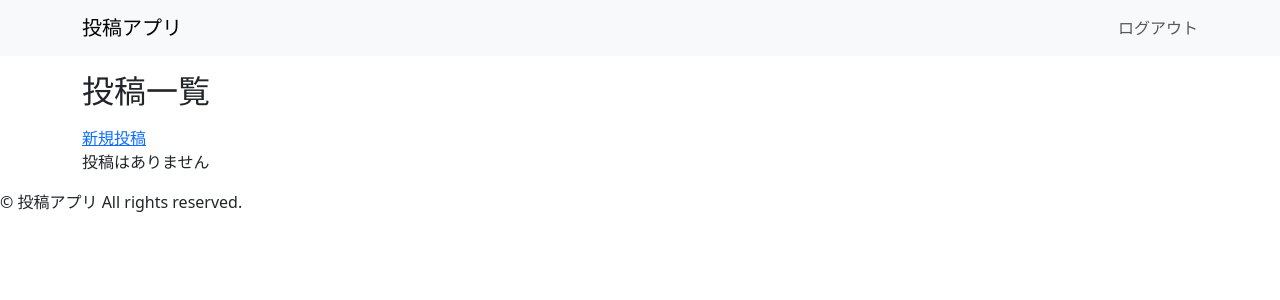
Repository: Yu62ballena/laravel_posting_app
Page: http://localhost/posts
An editor plug-in stored every save of this project. The page is shown before and after a run of saves, followed by the edit.
The browser window is 1280 px wide. The pictures show the whole page.
The page is served by the project's Laravel application, run on PHP 8.4 with Laravel 10. A made-up administrator, Test User (test@example.com), is signed in. Other server files are loaded and not shown. Queries for data that is not in the repository find no rows.

Above is the page before, as saved 2024-05-21 13:53:13.

### routes/web.php
<?php

use App\Http\Controllers\ProfileController;
use Illuminate\Support\Facades\Route;
use App\Http\Controllers\PostController;

/*
|--------------------------------------------------------------------------
| Web Routes
|--------------------------------------------------------------------------
|
| Here is where you can register web routes for your application. These
| routes are loaded by the RouteServiceProvider and all of them will
| be assigned to the "web" middleware group. Make something great!
|
*/
Route::get('/', [PostController::class, 'index'])->middleware(['auth', 'verified'])->name('posts.index');

// Route::get('/dashboard', function () {
//     return view('dashboard');
// })->middleware(['auth', 'verified'])->name('dashboard');

// Route::middleware('auth')->group(function () {
//     Route::get('/profile', [ProfileController::class, 'edit'])->name('profile.edit');
//     Route::patch('/profile', [ProfileController::class, 'update'])->name('profile.update');
//     Route::delete('/profile', [ProfileController::class, 'destroy'])->name('profile.destroy');
// });

require __DIR__.'/auth.php';

// Route::get('/posts', [PostController::class, 'index'])->middleware(['auth', 'verified'])->name('posts.index');
// Route::get('/posts/create', [PostController::class, 'create'])->middleware(['auth', 'verified'])->name('posts.create');
// Route::post('/posts', [PostController::class, 'store'])->middleware(['auth', 'verified'])->name('posts.store');
// Route::get('/posts/{post}', [PostController::class, 'show'])->middleware(['auth', 'verified'])->name('posts.show');
// Route::get('/posts/{post}/edit', [PostController::class, 'edit'])->middleware(['auth', 'verified'])->name('posts.edit');
// Route::patch('/posts/{post}', [PostController::class, 'update'])->middleware(['auth', 'verified'])->name('posts.update');
// Route::delete('/posts/{post}', [PostController::class, 'destroy'])->middleware(['auth', 'verified'])->name('posts.destroy');

Route::resource('posts', PostController::class)->middleware(['auth', 'verified']);

### app/Models/User.php
<?php

namespace App\Models;

// use Illuminate\Contracts\Auth\MustVerifyEmail;
use Illuminate\Database\Eloquent\Factories\HasFactory;
use Illuminate\Foundation\Auth\User as Authenticatable;
use Illuminate\Notifications\Notifiable;
use Laravel\Sanctum\HasApiTokens;
use Illuminate\Contracts\Auth\MustVerifyEmail;

class User extends Authenticatable implements MustVerifyEmail
{
    use HasApiTokens, HasFactory, Notifiable;

    /**
     * The attributes that are mass assignable.
     *
     * @var array<int, string>
     */
    protected $fillable = [
        'name',
        'email',
        'password',
    ];

    /**
     * The attributes that should be hidden for serialization.
     *
     * @var array<int, string>
     */
    protected $hidden = [
        'password',
        'remember_token',
    ];

    /**
     * The attributes that should be cast.
     *
     * @var array<string, string>
     */
    protected $casts = [
        'email_verified_at' => 'datetime',
        'password' => 'hashed',
    ];

    public function posts() {
        return $this->hasMany(Post::class);
    }
}

### app/Http/Controllers/PostController.php
<?php

namespace App\Http\Controllers;

use Illuminate\Http\Request;
use App\Models\Post;
use Illuminate\Support\Facades\Auth;
use App\Http\Requests\PostRequest;

class PostController extends Controller
{
    public function index() {
        $posts = Auth::user()->posts()->orderBy('created_at', 'desc')->get();

        return view('posts.index', compact('posts'));
    }

    public function show(Post $post) {
        return view('posts.show', compact('post'));
    }

    public function create() {
        return view('posts.create');
    }

    public function store(PostRequest $request) {
        $post = new Post();
        $post->title = $request->input('title');
        $post->content = $request->input('content');
        $post->user_id = Auth::id();
        $post->save();

        return redirect()->route('posts.index')->with('flash_message', '投稿が完了しました。');
    }

    public function edit(Post $post) {
        if($post->user_id !== Auth::id()) {
            return redirect()->route('posts.index')->with('error_message', '不正なアクセスです。');
        }

        return view('posts.edit', compact('post'));
    }

    public function update(PostRequest $request, Post $post) {
        if($post->user_id !== Auth::id()) {
            return redirect()->route('posts.index')->with('error_message', '不正なアクセスです。');
        }

        $post->title = $request->input('title');
        $post->content = $request->input('content');
        $post->save();

        return redirect()->route('posts.show', $post)->with('flash_message', '投稿を編集しました。');
    }

    public function destroy(Post $post) {
        if($post->user_id !== Auth::id()) {
            return redirect()->route('posts.index')->with('error_message', '不正なアクセスです。');
        }

        $post->delete();

        return redirect()->route('posts.index')->with('flash_message', '投稿を削除しました。');
    }
}

### app/Models/Post.php
<?php

namespace App\Models;

use Illuminate\Database\Eloquent\Factories\HasFactory;
use Illuminate\Database\Eloquent\Model;

class Post extends Model
{
    use HasFactory;

    public function user() {
        return $this->belongsTo(User::class);
    }
}

### resources/views/posts/index.blade.php
<!DOCTYPE html>
<html lang="ja">
<head>
    <meta charset="UTF-8">
    <meta name="viewport" content="width=device-width, initial-scale=1.0">
    <meta http-equiv="X-UA-Compatible" content="ie=edge">
    <title>投稿一覧</title>

      {{-- Bootstrap --}}
      <link href="https://cdn.jsdelivr.net/npm/bootstrap@5.3.0/dist/css/bootstrap.min.css" rel="stylesheet" integrity="sha384-9ndCyUaIbzAi2FUVXJi0CjmCapSmO7SnpJef0486qhLnuZ2cdeRhO02iuK6FUUVM" crossorigin="anonymous">
</head>
<body>
    <header>
        <nav class="navbar navbar-light bg-light">
<div class="container">
                <a href="{{ route('posts.index') }}" class="navbar-brand">投稿アプリ</a>

                <ul class="navbar-nav">
                    <li class="nav-item">
                        <a href="{{ route('logout') }}" class="nav-link" onclick="event.preventDefault(); document.getElementById('logout-form').submit();">ログアウト</a>
                        <form id="logout-form" action="{{ route('logout') }}" method="POST">
                            @csrf
                        </form>
                    </li>
                </ul>
</div>
        </nav>
    </header>

        <main>
            <div class="container">
                <h1 class="fs-2 my-3">投稿一覧</h1>

                @if(session('flash_message'))
                    <p class="text-success">{{ session('flash_message') }}</p>
                @endif

                @if(session('error_message'))
                    <p class="text-danger">{{ session('error_message') }}</p>
                @endif

                <di><a href="{{ route('posts.create') }}">新規投稿</a></di>

                @if($posts->isNotEmpty())
                    @foreach ($posts as $post)
                        <article>
                            <h2>{{ $post->title }}</h2>
                            <p>{{ $post->content }}</p>
                            <a href="{{ route('posts.show', $post) }}">詳細</a>
                            <a href="{{ route('posts.edit', $post) }}">編集</a>
                            <form action="{{ route('posts.destroy', $post) }}" method="POST" onsubmit="return confirm('本当に削除してもよろしいですか？');">
                                @csrf
                                @method('DELETE')
                                <button type="submit">削除</button>
                            </form>
                        </article>
                    @endforeach
                @else
                    <p>投稿はありません</p>
                @endif
            </div>
        </main>

        <footer>
            <p>&copy; 投稿アプリ All rights reserved.</p>
        </footer>

         {{-- Bootstrap --}}
     <script src="https://cdn.jsdelivr.net/npm/bootstrap@5.3.0/dist/js/bootstrap.bundle.min.js" integrity="sha384-geWF76RCwLtnZ8qwWowPQNguL3RmwHVBC9FhGdlKrxdiJJigb/j/68SIy3Te4Bkz" crossorigin="anonymous"></script>

</body>
</html>

Loaded but not shown: routes/auth.php (common file); app/Http/Controllers/Auth/EmailVerificationPromptController.php (common file); app/Http/Controllers/Controller.php (common file); app/Http/Controllers/Auth/VerifyEmailController.php (common file)

After the next 2 saves:
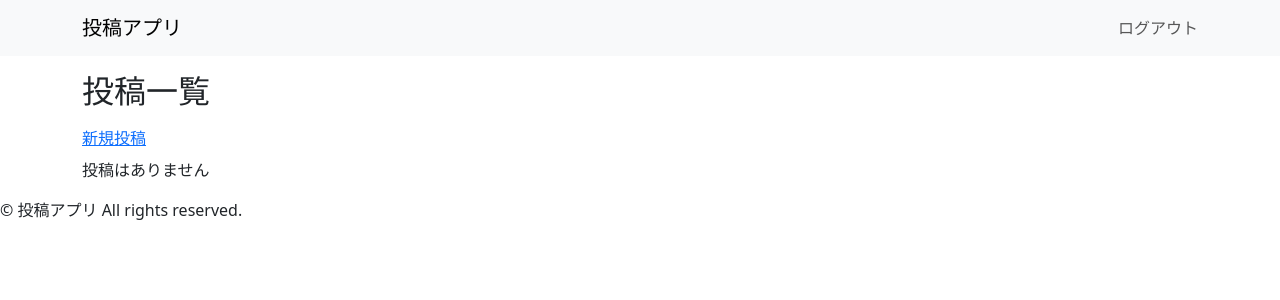
The 2 saves are shown as one change because they came seconds apart.
The last was saved 6 s later.
--- a/resources/views/posts/index.blade.php
+++ b/resources/views/posts/index.blade.php
@@ -39,7 +39,7 @@
                     <p class="text-danger">{{ session('error_message') }}</p>
                 @endif
 
-                <di><a href="{{ route('posts.create') }}">新規投稿</a></di>
+                <div class="mb-2"><a href="{{ route('posts.create') }}">新規投稿</a></div>
 
                 @if($posts->isNotEmpty())
                     @foreach ($posts as $post)
